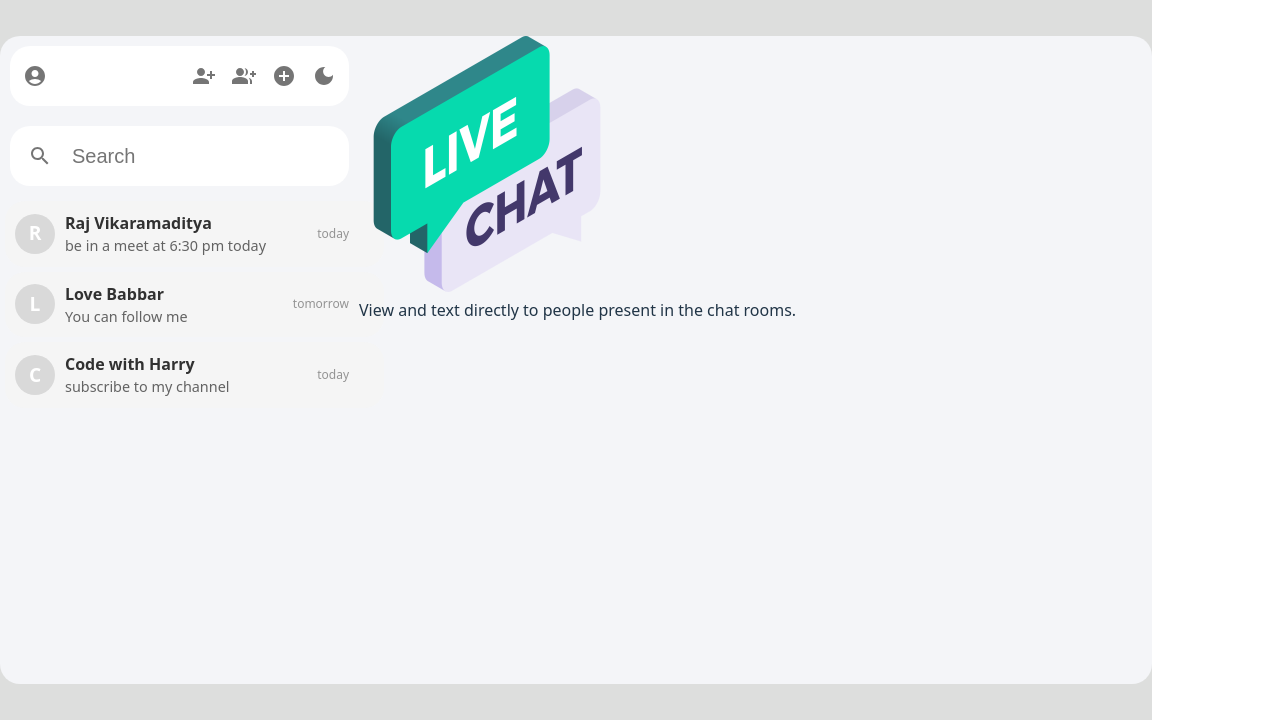
Repository: rahul-chakradhari/chat_app
Page: /
The author's editor kept a copy of each file at every save. The page is drawn from the files as they stood at one save, then again after the next save.
The browser window is 1280 px wide. The pictures show the whole page.
The project was rebuilt for these pictures with package versions that can differ from the ones it lists, and the page was loaded fresh each time. Also part of the build but not shown: vite.config.js, src/components/Messagebyme.jsx, src/components/Messagebyothers.jsx, src/components/Chatarea.jsx.

Above is the page before, as saved 2025-02-28 19:00:33.

### index.html
<!DOCTYPE html>
<html lang="en">
  <head>
    <meta charset="UTF-8" />
    <link rel="icon" href="./live-chat.png" />

    <meta name="viewport" content="width=device-width, initial-scale=1.0" />
    <title>Vite + React</title>
  </head>
  <body>
    <div id="root"></div>
    <script type="module" src="/src/main.jsx"></script>
  </body>
</html>

### src/App.jsx
import "./App.css";
import Maincontainer from "./components/Maincontainer";

function App() {
  return (
    <div className="App">
      <Maincontainer />
    </div>
  );
}

export default App;

### src/App.css
* {
  margin: 0;
}
.App {
  background-color: #dddedd;
  min-height: 100vh;
  display: flex;
  justify-content: center;
  align-items: center;
}

### src/components/Maincontainer.jsx
import "./Mystyles.css";
import Sidebar from "./Sidebar";
import Chatarea from "./Chatarea";
import Welcome from "./Welcome";

const Maincontainer = () => {
  return (
    <div className="main">
      <Sidebar />
      <Welcome />
      {/*<Chatarea />*/}
    </div>
  );
};

export default Maincontainer;

### src/components/Mystyles.css
.main {
  background-color: #f4f5f8;
  height: 90vh;
  width: 90vw;
  display: flex;
  border-radius: 20px;
}
.side {
  flex: 0.3;
  display: flex;
  flex-direction: column;
}
.chat {
  background-color: aliceblue;
  flex: 0.7;
}
.headers {
  background-color: white;
  border-radius: 20px;
  padding: 10px 5px;
  margin: 10px;
  display: flex;
  justify-content: space-between;
}
.search {
  background-color: white;
  border-radius: 20px;
  padding: 10px 10px;
  margin: 10px;
  display: flex;
  align-items: center;
}
.box {
  outline-width: 0;
  border: none;
  font-size: 1.25rem;
  margin-left: 10px;
}
.conver {
  background-color: white;
  border-radius: 20px;
  padding: 10px 5px;
  margin: 10px;
  flex: 1;
}
.conversationitem {
  display: flex;
  align-items: center; /* Items ko vertical center align karega */
  gap: 10px; /* Icon aur text ke beech gap */
  padding: 10px;
  margin: 5px;
  border-radius: 20px;
  background-color: #f5f5f5; /* Light background */
  width: 100%;
  overflow: scroll;
}
.conversationitem::-webkit-scrollbar {
  display: none;
}

.icon {
  display: flex;
  justify-content: center;
  align-items: center;
  background-color: #d9d9d9;
  font-size: 1.2rem;
  font-weight: bold;
  color: white;
  height: 40px;
  width: 40px;
  border-radius: 50%;
  flex-shrink: 0; /* Icon ka size maintain rahega */
}

.conversation-text {
  display: flex;
  flex-direction: column;
  flex-grow: 1; /* Ye ensure karega ki text area full width le */
}

.title {
  font-weight: bold;
  font-size: 1rem;
  color: rgba(0, 0, 0, 0.8);
}

.message {
  font-size: 0.9rem;
  color: rgba(0, 0, 0, 0.6);
}

.time {
  margin-right: 25px;
  font-size: 0.75rem;
  color: rgba(0, 0, 0, 0.4);
  flex-shrink: 0; /* Time ka size fix rahe */
}
.chat {
  display: flex;
  flex-direction: column;
  flex: 0.7;
}
.chattingwith {
  background-color: green;
}
.mess {
  background-color: aquamarine;
  flex-grow: 1;
}
.inputbox {
  background-color: green;
}
.trash {
  color: black;
}
.chat {
  display: flex;
  flex-direction: column;
  flex: 0.7;
}

.chat-header {
  display: flex;
  justify-content: space-between;
  align-items: center;
  padding: 10px;
  background: white;
  border-bottom: 1px solid #ddd;
}
.avatar {
  border-color: #d9d9d9;
  color: white;
}
.chat-info {
  display: flex;
  align-items: center;
}

.chat-info .avatar {
  width: 40px;
  height: 40px;
  border-radius: 50%;
  background: #bbb;
  display: flex;
  justify-content: center;
  align-items: center;
  font-weight: bold;
  margin-right: 10px;
}

.trash {
  color: black;
}

.mess {
  flex-grow: 1;
  padding: 20px;
  background: #f5f5f5;
}

.inputbox {
  padding: 10px;
  border-top: 1px solid #ddd;
  background: white;
}

.inputbox input {
  width: 100%;
  padding: 8px;
  border: none;
  outline: none;
}
.name-time {
  display: flex;
  flex-direction: column;
  align-items: flex-start; /* Left-align text properly */
}

.niche {
  font-size: 12px;
  color: gray;
  margin: 2px 0 0 3px;
  margin-top: 2px;
  margin-right: 12px;
  /* 👈 Adjust left margin properly */
  padding-right: 42px; /* 🔹 Slight padding for spacing */
}
.inputbox {
  display: flex;
  justify-content: center;
}
.othertextcontent,
.con-icon {
  width: 200px; /* Box ka width */
  height: auto; /* Height content ke according adjust hogi */
  font-size: 16px; /* Text size change karne ke liye */
  padding: 10px; /* Text aur border ke beech space ke liye */
  background-color: aquamarine; /* Light gray background */
  border-radius: 10px; /* Rounded corners */
  margin-left: 750px;
}
.selfmessagecontainer {
  width: 200px; /* Box ka width */
  height: auto; /* Height content ke according adjust hogi */
  font-size: 16px; /* Text size change karne ke liye */
  padding: 10px; /* Text aur border ke beech space ke liye */
  background-color: lightsalmon; /* Light gray background */
  border-radius: 10px; /* Rounded corners */
}
.mess {
  height: 500px;
  overflow-y: auto;
  display: flex;
  flex-direction: column;
}
.mess::-webkit-scrollbar {
  display: none;
}
.welcome- {
  height: 70vw; /* Or adjust based on your design needs */
  flex: 0.7;
  display: flex;
  flex-direction: column;
  justify-content: center;
  align-items: center;
  gap: 20px;
  font-family: "Segoe UI", Tahoma, Geneva, Verdana, sans-serif;
  color: rgba(0, 0, 0, 0.54);
  border-bottom: 2px solid #63d7b0;
  background-color: #f4f5f8;
  box-sizing: border-box; /* Important: Includes padding and border in the element's total width and height */
  overflow: hidden; /* Hide any content that overflows */
}

.welcome-img {
  max-width: 100%; /* Make image responsive */
  height: auto;
  object-fit: contain; /* Prevents image distortion */
}

.welcome-p {
  text-align: center; /* Center the text */
  margin: 0; /* Remove default paragraph margins */
}
.logo {
  height: 20vw;
  margin-bottom: 234 px;
}

### src/components/Sidebar.jsx
import { useState } from "react";
import AccountCircleIcon from "@mui/icons-material/AccountCircle";
import PersonAddAlt1Icon from "@mui/icons-material/PersonAddAlt1";
import GroupAddIcon from "@mui/icons-material/GroupAdd";
import AddCircleIcon from "@mui/icons-material/AddCircle";
import DarkModeIcon from "@mui/icons-material/DarkMode";
import SearchIcon from "@mui/icons-material/Search";
import Conversationitem from "./Conversationitem";
import "./Mystyles.css";
import { IconButton } from "@mui/material";

const Sidebar = () => {
  const [conversations, setConversations] = useState([
    {
      id: 1,
      name: "Raj Vikaramaditya",
      lastMessage: "be in a meet at 6:30 pm today",
      timeStamp: "today",
    },
    {
      id: 2,
      name: "Love Babbar",
      lastMessage: "You can follow me ",
      timeStamp: "tomorrow",
    },
    {
      id: 3,
      name: "Code with Harry",
      lastMessage: "subscribe to my channel",
      timeStamp: "today",
    },
  ]);

  return (
    <div className="side">
      <div className="headers">
        <div>
          <IconButton>
            <AccountCircleIcon />
          </IconButton>
        </div>
        <div>
          <IconButton>
            <PersonAddAlt1Icon />
          </IconButton>
          <IconButton>
            <GroupAddIcon />
          </IconButton>
          <IconButton>
            <AddCircleIcon />
          </IconButton>
          <IconButton>
            <DarkModeIcon />
          </IconButton>
        </div>
      </div>

      <div className="search">
        <IconButton>
          <SearchIcon />
        </IconButton>
        <input placeholder="Search" className="box" />
      </div>

      <div className="conversation">
        {conversations.map((conversation) => (
          <Conversationitem key={conversation.id} {...conversation} />
        ))}
      </div>
    </div>
  );
};

export default Sidebar;

### src/components/Welcome.jsx
import logo from "./images/live-chat.png";
const Welcome = () => {
  return (
    <div className="welcome">
      <img src={logo} alt="" className="logo" />
      <p>View and text directly to people present in the chat rooms.</p>
    </div>
  );
};

export default Welcome;

### src/components/Conversationitem.jsx
const Conversationitem = (props) => {
  return (
    <div className="conversationitem">
      <p className="icon">{props.name[0]}</p>
      <div className="conversation-text">
        <p className="title">{props.name}</p>
        <p className="message">{props.lastMessage}</p>
      </div>
      <p className="time">{props.timeStamp}</p>
    </div>
  );
};

export default Conversationitem;

Loaded but not shown: src/main.jsx (common file); src/index.css (common file)

After the next save:
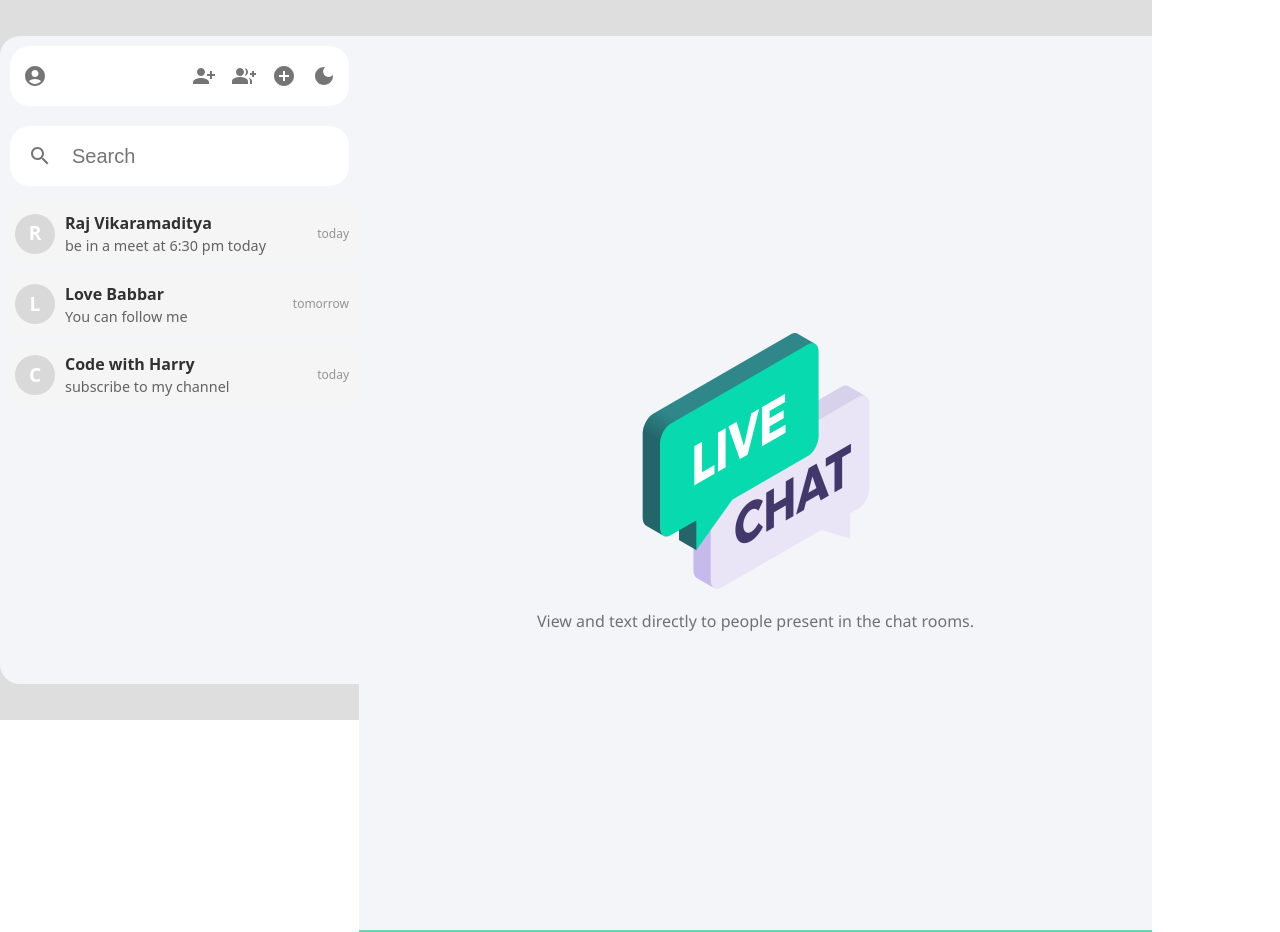
Saved 4 s later.
--- a/src/components/Mystyles.css
+++ b/src/components/Mystyles.css
@@ -216,7 +216,7 @@
 .mess::-webkit-scrollbar {
   display: none;
 }
-.welcome- {
+.welcome {
   height: 70vw; /* Or adjust based on your design needs */
   flex: 0.7;
   display: flex;
